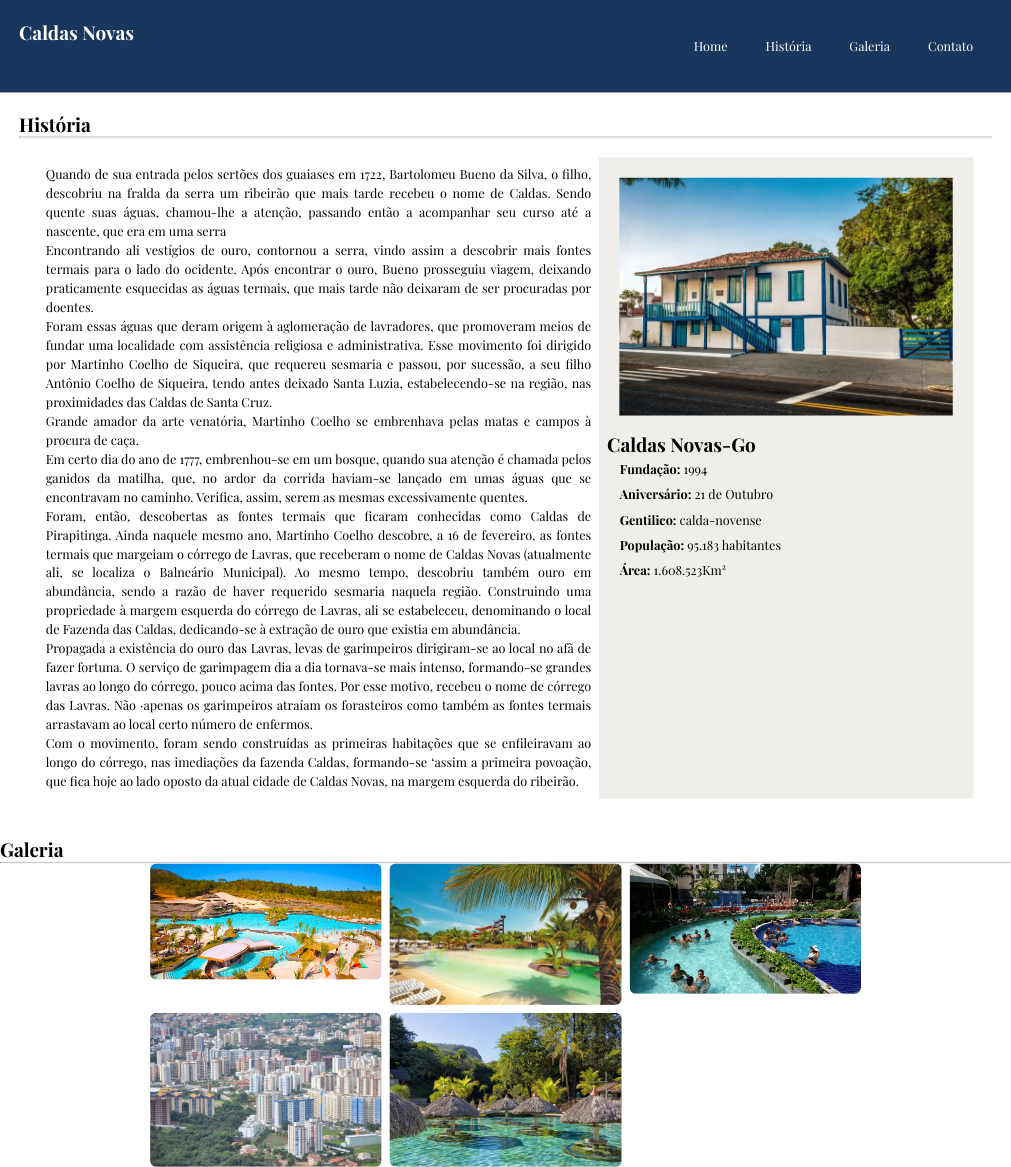
Repository: AbiezerSidonioJoseOdanacaJunior/DesafioLocalTuristico
Page: index.html
These files come from the project's save history. The page is drawn as it stood at one moment and after the next save; the edit follows.
The browser window is 1280 px wide. The pictures show the whole page, at 79% of full size.
Some web fonts or font styles are not loaded; a fallback is used.

Above is the page before, as saved 2024-11-11 16:56:04.

After the next save:
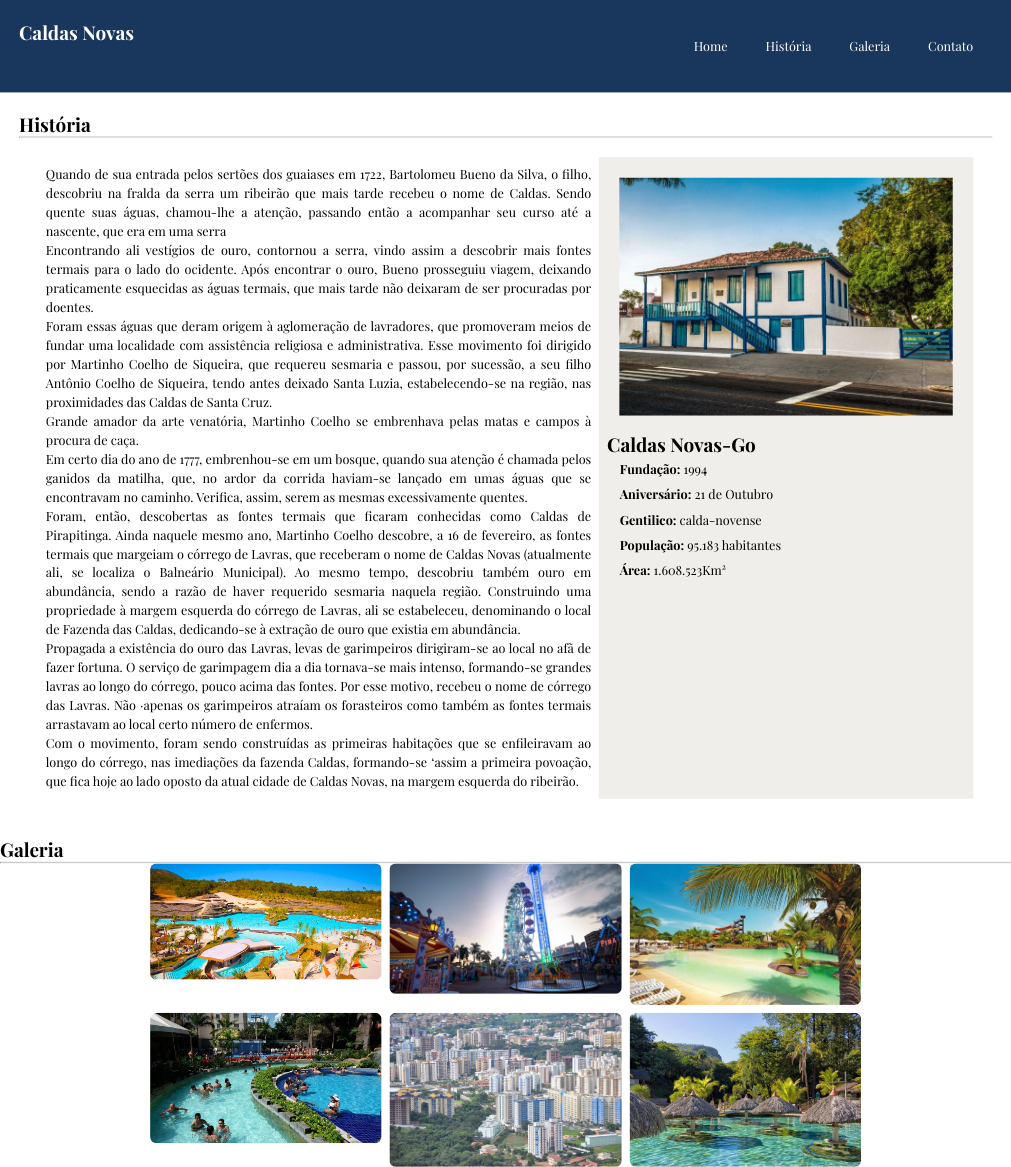
Saved 32 s later.
--- a/index.html
+++ b/index.html
@@ -52,6 +52,7 @@
                 <hr>
                 <div class="fotos">
                     <img src="./img/foto1.jpg" alt=" foto caldas">
+                    <img src="./img/foto2.jpg" alt=" foto caldas">
                     <img src="./img/foto3.jpg" alt=" foto caldas">
                     <img src="./img/foto4.jpg" alt=" foto caldas">
                     <img src="./img/foto5.jpg" alt=" foto caldas">
